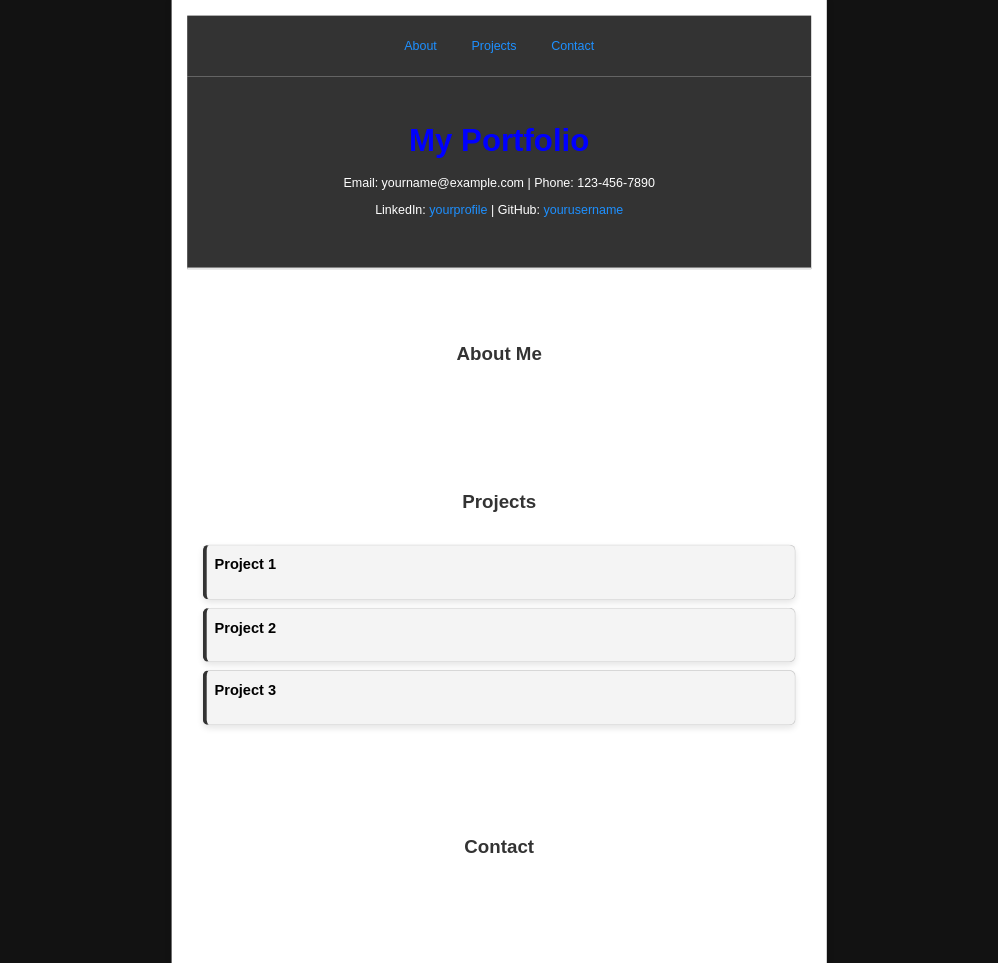
Repository: HoangDuck/portfolio
Page: index.html
The author's editor kept a copy of each file at every save. The page is drawn from the files as they stood at one save, then again after the next save.
The browser window is 1280 px wide. The pictures show the whole page, at 78% of full size.

Above is the page before, as saved 2025-03-09 22:19:32.

After the next save:
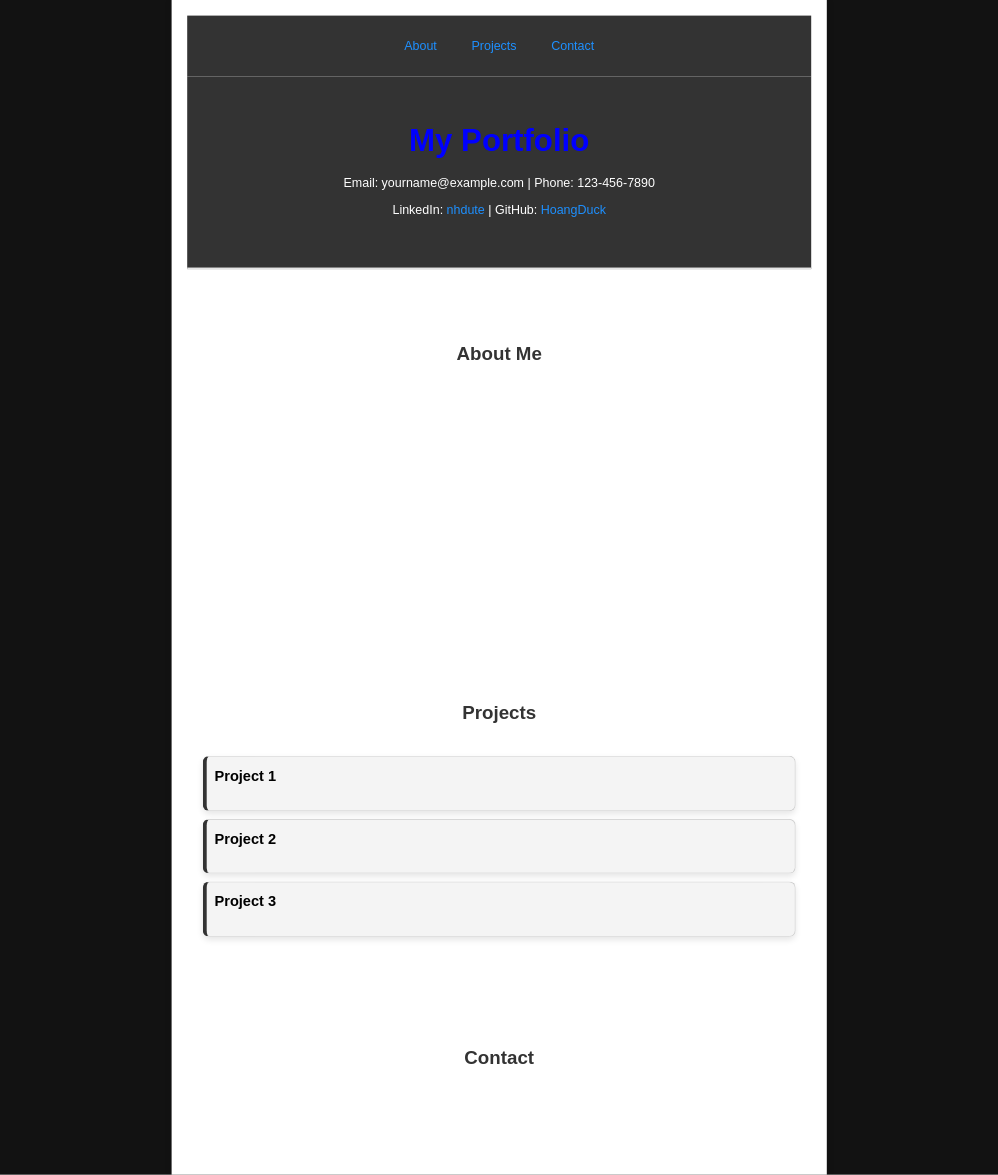
Saved 85 s later.
--- a/index.html
+++ b/index.html
@@ -19,13 +19,16 @@
             <h1 style="color: blue;">My Portfolio</h1>
             <p id="contact-info">Email: yourname@example.com | Phone: 123-456-7890</p>
             <p id="social-media">
-                LinkedIn: <a href="https://www.linkedin.com/in/yourprofile">yourprofile</a> |
-                GitHub: <a href="https://github.com/yourusername">yourusername</a>
+                LinkedIn: <a href="https://www.linkedin.com/in/nhdute/">nhdute</a> |
+                GitHub: <a href="https://github.com/HoangDuck">HoangDuck</a>
             </p>
         </header>
         <section id="about">
             <h2>About Me</h2>
-            <p>Welcome to my portfolio. Here you will find my latest projects and ways to contact me.</p>
+            <p>I'm a <strong>Middle Flutter Developer</strong> with more than <strong>2 years of experience</strong>. I have worked on various <strong>mobile app development projects</strong> using Flutter in domains like <strong>Logistics, Human Resource Management, and Medical Communication</strong>.</p>
+            <p>I am proficient in using common <strong>state management libraries</strong> such as <strong>Riverpod, Bloc, Flutter Hooks, Provider, and GetX</strong>. Additionally, I have experience working with <strong>REST APIs</strong> using <strong>Dio</strong> (including interceptors) and the <strong>HTTP</strong> package.</p>
+            <p>I have <strong>basic native development skills</strong> in <strong>UIKit, SwiftUI</strong>, and I am familiar with Flutter’s <strong>MethodChannel</strong> for platform-specific implementations. I can read <strong>technical documents in English</strong>, and my <strong>communication skills</strong> are at an intermediate level.</p>
+            <p>With my experience and technical skills, I believe I am a strong candidate for the <strong>Flutter Developer</strong> position you are hiring for.</p>
         </section>
         <section id="projects" class="projects">
             <h2>Projects</h2>
